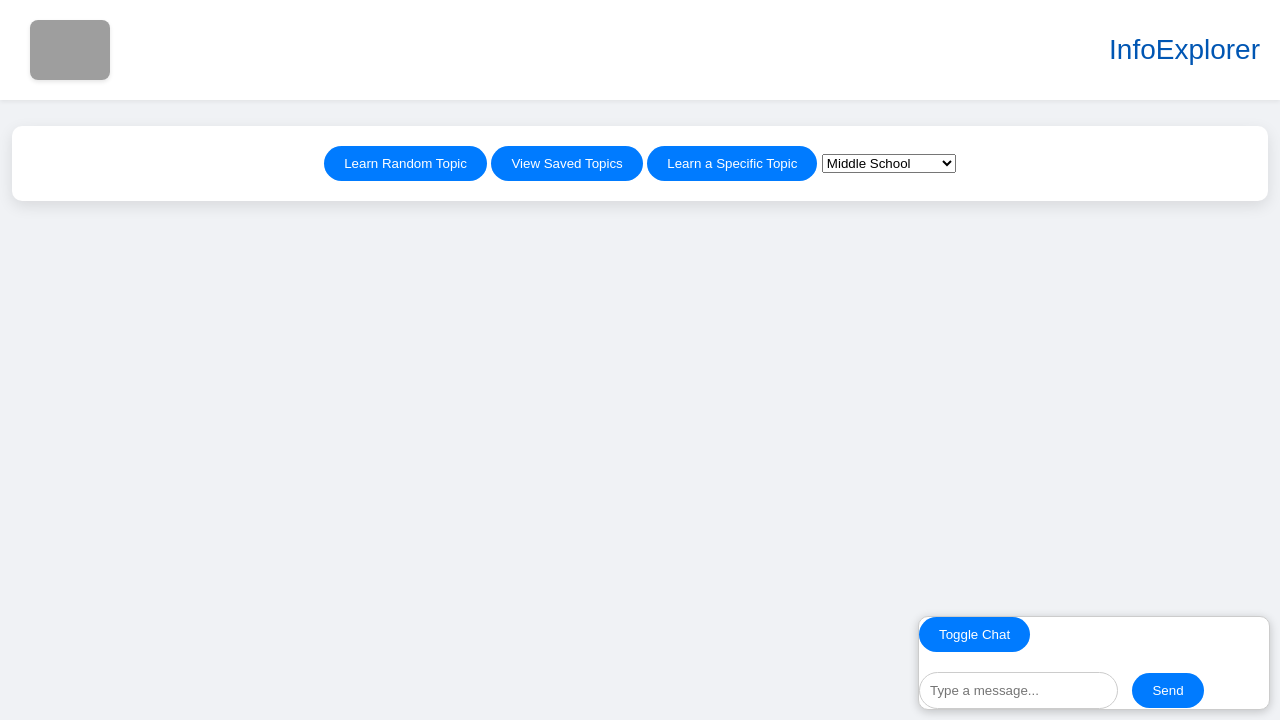
Repository: joehulsizer/cs32final
Page: htdocs/index.html
These files come from the project's save history. The page is drawn as it stood at one moment and after the next save; the edit follows.
The browser window is 1280 px wide. The pictures show the whole page.
Pictures or frames that could not be fetched are drawn as grey boxes.

Above is the page before, as saved 2024-04-29 20:05:00.
Not found: htdocs/subjects.js

After the next save:
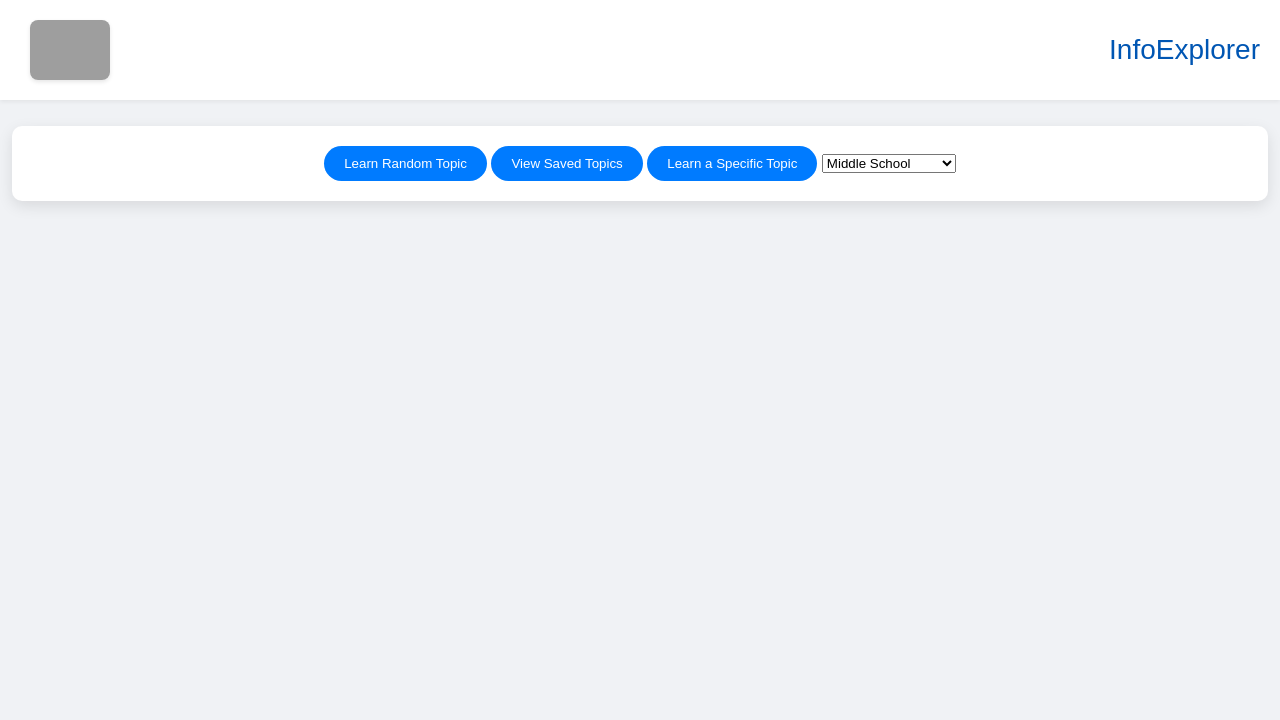
Not found: htdocs/groq.js
Saved 27 s later.
--- a/htdocs/index.html
+++ b/htdocs/index.html
@@ -59,17 +59,12 @@
 
         </button>
 
-
+        <!--<div id="chat-interface">
+            <textarea id="chat-input" placeholder="Ask me anything for a summary..."></textarea>
+            <button id="send-chat">Ask ChatGPT</button>
+        </div>
+        <div id="chat-output"></div>-->
     </div>
-    <!-- Up Arrow and Chat Interface Toggle Button -->
-    <div id="chat-interface" class="chat-interface" style="display: block;">
-        <button id="toggle-chat">Toggle Chat</button>
-        <div class="chat-body"></div>
-        <input type="text" id="chat-input" placeholder="Type a message..." />
-        <button id="send-chat">Send</button>
-    </div>
-
-
 
     <div id="saved-articles-screen" style="display: none;">
         <h1>Saved Topics</h1>
@@ -90,7 +85,7 @@
 </div>
     <script src="subjects.js"></script>
     <script src="app.js"></script>
-    <!-- <script src="chatgpt.js"></script> --> <!-- Link to the new ChatGPT integration script -->
+    <script src="groq.js"></script> <!-- Link to the new ChatGPT integration script -->
 
 </body>
 </html>
